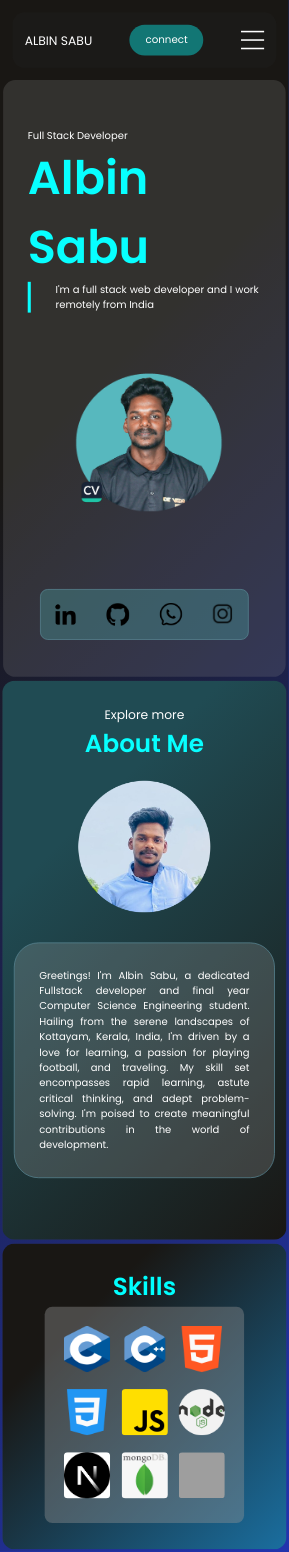
Repository: albinsabu2023/personalwebsite
Page: index.html
An editor plug-in stored every save of this project. The page is shown before and after the next save, followed by the edit.
The browser window is 375 px wide. The pictures show the whole page, at 77% of full size.
Pictures or frames that could not be fetched are drawn as grey boxes.

Above is the page before, as saved 2023-09-03 20:25:55.

### index.html
<!DOCTYPE html>
<html lang="en">
<head>
    <meta charset="UTF-8">
    <meta name="viewport" content="width=device-width, initial-scale=1.0">
    <title>Document</title>
    <link rel="stylesheet" href="style.css">
    <link rel="stylesheet" href="media.css">
</head>
<body>
    <nav id="hero">
        <h3 class="title">Albin Sabu</h3>
        <ul>
            <li class><a href="#home">Home</a></li>
            <li><a href="#about">About Me</a></li>
            <li><a href="#skill">Skills</a></li>
            <li><a href="#project">Projects</a></li>
            <li><a href="#contact">Contact</a> </li>
        </ul>

        <button class="btn-connect">connect</button>
    </nav>
    <nav id="hamburger-nav">
        <div clas="logo"> ALBIN SABU</div>

        <button class="btn-connect">connect</button>
        <div class="hamburger-menu">
            <div class="hamburger-icon" onclick="toggleMenu()">
                <span></span>
                <span></span>
                <span></span>
            </div>

            <div class="menu-links">
                <li class><a href="#home" onclick="toggleMenu()">Home</a></li>
                <li><a href="#about" onclick="toggleMenu()">About Me</a></li>
                <li><a href="#skill">Skills</a></li>
                <li><a href="#project" onclick="toggleMenu()">Projects</a></li>
                <li><a href="#contact" onclick="toggleMenu()">Contact</a> </li>
            </div>

        </div>




    </nav>
    <div class="portfolio__body">
        <div id="home">

            <div class="profile__text">

                <p>Full Stack Developer</p>
                <h1>Albin Sabu</h1>
                <div class="profile__detail">
                    <span class="line"> </span>
                    <p class="profile__detail__p2">I'm a full stack web developer and I work remotely from India</p>

                </div>

            </div>
            <div class="profile__img">
                <img src="./assets/albin.png" class="profile" alt="profile">
                <div class="cv__btn" onclick="window.open('./assets/ALBIN SABU.pdf')">
                    <p>download</p>
                    <img src="./assets/cv.png" alt="cv" class="cv">
                </div>
            </div>

            <div class="profile__links">
                <img src="./assets/linkedin.png" alt="">
                <img src="./assets/github.png" alt="">
                <img src="./assets/whatsapp.png" alt="">
                <img src="./assets/insta.png" alt="">
            </div>
        </div>
        <div id="about">
            <div class="about__header">
                <p>Explore more</p>
                <h1 class="title">About Me</h1>
            </div>
            <div class="about__container">
                <div class="about__img">
                    <img src="./assets/about-pic.png" alt="">
                </div>
                <div class="about__details">
                    <p>Greetings! I'm Albin Sabu, a dedicated Fullstack developer and final year Computer Science Engineering
                        student. Hailing
                        from the serene landscapes of Kottayam, Kerala, India, I'm driven by a love for learning, a passion for
                        playing
                        football, and traveling. My skill set encompasses rapid learning, astute critical thinking, and adept
                        problem-solving.
                        I'm poised to create meaningful contributions in the world of development.</p>
                </div>
            </div>


        </div>
        <div id="skill">
            <h1 class="title">Skills</h1>
            <div class="skill__container">
                <div class="skill__img">
                    <div>
                        <img src="./assets/c.png" alt="skill" class="grid_1">
                        <img src="./assets/cpp.png" alt="skill" class="grid_2">
                        <img src="./assets/html.png" alt="skill" class="grid_3">
                    </div>
                   <div>
                        <img src="./assets/css-3.png" alt="skill" class="grid_4">
                        <img src="./assets/js.png" alt="skill" class="grid_5">
                        <img src="./assets/nodejs.png" alt="skill" class="grid_6">
                   </div>
                    <div>
                        <img src="./assets/next.png" alt="skill" class="grid_7">
                        <img src="./assets/mongodb.png" alt="skill" class="grid_8">
                        <img src="./assets/React.png" alt="skill" class="grid_9">
                    </div>


                </div>

            </div>

        </div>
    </div>

    <script src="index.js"></script>
</body>
</html>

### style.css
@import url('https://fonts.googleapis.com/css2?family=Poppins:ital,wght@0,300;0,400;0,500;0,600;1,300;1,500;1,600&display=swap');
*{
    margin:0;
    font-family: 'Poppins', sans-serif;

}
body{

    color: white;
    margin-top: 1rem;

    background-color: #2234ae;

    background-image: linear-gradient(315deg, #2234ae 0%, #191714 74%);

}
nav{
    position: sticky;
    z-index: 0;
    display: flex;
    padding: 1rem;
    margin: 1rem;
    background-color: rgba(34, 34, 34, 0.3);
    border-radius: 1rem;
    justify-content: space-between;

}

nav ul{
    list-style-type: none;
    display: flex;
    gap: 2rem;
    justify-content: space-between;



}


nav ul li{
    padding: 5px;
    border-radius: 1rem;
    text-align: center;
    width: 8rem;



}
nav ul li a{
    text-decoration: none;
    color: white;
}
nav ul li a:hover{
    color: rgb(7, 255, 255);
}

.btn-connect{
    background: rgb(7, 255, 255,0.4);
    border: none;
    color: white;
    padding: 10px;
    border-radius: 3rem;
    width: 6rem;

}
.btn-connect:hover{
    background: rgb(7, 255, 255, 0.6);
}

#home{

    padding: 2rem;
    /* border: #56828f 1px solid; */
    border-radius: 1rem;
    display: flex;
    margin: 3px;
    background: rgba(128, 128, 128, 0.24);
}

.line{
    border: rgb(7, 255, 255) 2px solid;

}
.profile__text{
    width: 50vw;
    object-fit: contain;
    text-align: justify;
    margin-top: 30px;
}
.profile__text p{
    font-size:30px ;
}
.profile__text h1{
    color: rgb(7, 255, 255);
    font-size:80px ;

}
.profile__detail{
    display: flex;
    flex-direction: col;
    gap: 2rem;

}
.profile__detail p{
    font-size: 30px;
}
.profile__img{
    width: 50%;
    align-items: center ;
    padding: 10px;
}
.profile__img img{
    height: 300px;
    width: 300px;
    position: relative;
}

.profile__links{

    align-items: center;
    justify-content: space-between;
    padding: 1rem;
    border-radius: 10px;
    display: flex;
    flex-direction: column;
    border: #56828f 1px solid;
    background:rgba(74, 153, 153, 0.4);

}

.cv__btn{
    display: flex;
}
.profile__img .cv__btn{
    background: rgb(7, 255, 255, 0.4);
        border: none;
        color: white;
        padding: 10px;
        border-radius: 3rem;
        width: 6rem;

}
.profile__img .cv__btn:hover{
    background: rgba(75, 243, 243, 0.7);
}
.profile__img .cv__btn img{
    width: 30px;
    height: 30px;
}
.profile__links img{
    height: 30px;
    width: 30px;
    display: flex;
    border-radius: 10px;
    padding: 1px;


}
#hamburger-nav {
    display: none;
    align-items: center;
}

.hamburger-menu {
    position: relative;
    display: inline-block;
}

.hamburger-icon {
    display: flex;
    flex-direction: column;
    justify-content: space-between;
    height: 24px;
    width: 30px;
    cursor: pointer;
}

.hamburger-icon span {
    width: 100%;
    height: 2px;
    background-color: rgb(255, 255, 255);
    transition: all 0.3 ease-in-out;
}

.menu-links {
    position: absolute;
    top: 100%;
    right: 0%;
    width: fit-content;
    max-height: 0;
    overflow: hidden;
    transition: all 0.3 ease-in-out;
}

.menu-links {
    display: block;
    margin-top: 9px;
    width: 8rem;
    text-align: center;
    font-size: 1.5rem;
    color: rgb(248, 243, 243);
    text-decoration: none;
    transform: all 0.3 ease-in-out;
    background: rgba(172, 172, 172, 0.24);
    border-radius: 1rem;
}

.menu-links li  {
    list-style-type: none;

}



.menu-links li a{
    text-decoration: none;
    color: white;

}

.menu-links.open {
    max-height: 300px;
}

.hamburger-icon.open span:first-child {
    transform: rotate(45deg) translate(10px, 5px);
}

.hamburger-icon.open span:nth-child(2) {
    opacity: 0;
}

.hamburger-icon.open span:last-child {
    transform: rotate(-45deg) translate(10px, -5px);
}

.hamburger-icon span:first-child {
    transform: none;
}

.hamburger-icon span:first-child {
    opacity: 1;
}

.hamburger-icon span:first-child {
    transform: none;
}


#about{
    margin: 3px;
    margin-top: 5px;
    padding: 2rem;
    /* border: #56828f 1px solid; */
    border-radius: 1rem;
    display: flex;
    flex-direction: column;
    background: rgba(128, 128, 128, 0.24);
    background-image: linear-gradient(315deg,  #191714 0%,#204b53 74%);
    background-repeat:none ;
    background-size: cover;
}
.about__header{
    display: flex;
    flex-direction: column;
    align-items: center;
    justify-content: center;
}
.about__header h1{
    color: rgb(7, 255, 255);
}
.about__container{
    padding: 1rem;
    display: flex;
    align-items: center;
   justify-content: center;

}
.about__container img {
        width: 300px;
        height: 280px;
        border-radius: 1rem;
        margin: 0;

}


.about__details{
    text-align: justify;
     padding:2rem ;
    max-width: 400px;
    background: rgba(172, 172, 172, 0.24);
    border-radius:2rem ;
    border: #56828f 1px solid;
    margin: 2rem;
}
 .about__container img {

     border-radius: 1rem;

 }
 #skill{
    margin: 3px;
    margin-top: 5px;
    padding: 2rem;
        /* border: #56828f 1px solid; */
    border-radius: 1rem;
    display: flex;
    flex-direction: column;
    background: rgba(128, 128, 128, 0.24);
    background-image: linear-gradient(315deg,#1a6e9f  0%, #191714 74%);
    background-repeat: none;
    background-size: cover;
    align-items: center;
 }
 .skill__container{
    display: flex;
    flex-wrap: wrap;

 }
 #skill h1{
    color: aqua;

 }
 .skill__img img{
    width: 110px;
    height: 110px;
    margin: 5px;
    border-radius: 5px;

 }
  .skill__img{
    background: rgb(148, 148, 148,0.4);
    padding: 20px;
    border-radius: 10px;

    display: inline-grid;
    column-gap: 5px;
    row-gap: 5px;
    grid-column: 4;
    grid-row: 4;



  }

### media.css
@media  screen and (max-width:600px) {
    body{
        background-size:cover;
    }

    #hero{
        display: none;
    }
    nav ul{
        flex-direction: column;
        display: none;


    }
    #home{
        margin: 4px;
        flex-direction: column;
        justify-content: center;


    }

    #hamburger-nav {
         display: flex;

    }

    .profile__text{
        width:80vw;
    }
    .profile__text p{
        font-size: small;
    }
    .profile__text h1{
        font-size: 60px;
    }

    .profile__img .cv__btn img{
    width: 30px;
    height: 30px;

    top: 36rem;
    }
    .profile__img .cv__btn:hover {
        background: none;
    }

    .profile__img img{
        padding: 3rem;
       width: 200px;
       height: 200px;
    }
    .profile__links{
        display: flex;
        flex-direction: row;
    }

        .profile__img .cv__btn p {
            display: none;

        }
        .profile__img .cv__btn{
            background: none;
        }
        .about__container{
            flex-direction: column;

        }
        .about__container img{
            width: 200px;
            height: 180px;
            border-radius: 1rem;
            margin: 0;
        }

        .about__details{
            width: 100%;
        }

        .about__details p {
            font-size: small;

        }
    .skill__img img {
        width: 60px;
        height: 60px;
    }

    .skill__container{
        padding: 2px;

    }

}

@media screen and (max-width:1200px){
    #home {
            margin: 4px;
            flex-direction: column;

        }
        .profile__links {
            display: flex;
            flex-direction: row;
        }

}
@media screen and (max-width:400px) {
    #home {
        margin: 4px;
        flex-direction: column;

    }

    .profile__links {
        display: flex;
        flex-direction: row;
        margin: 1rem;
    }
        .profile__img img {
            align-items: center;
        }
    .profile__img .cv__btn img {
        width: 30px;
        height: 30px;
        position: absolute;
        top: 36rem;
    }
    .profile__img .cv__btn p{
        display: none;
    }

}

Loaded but not shown: index.js (common file)

After the next save:
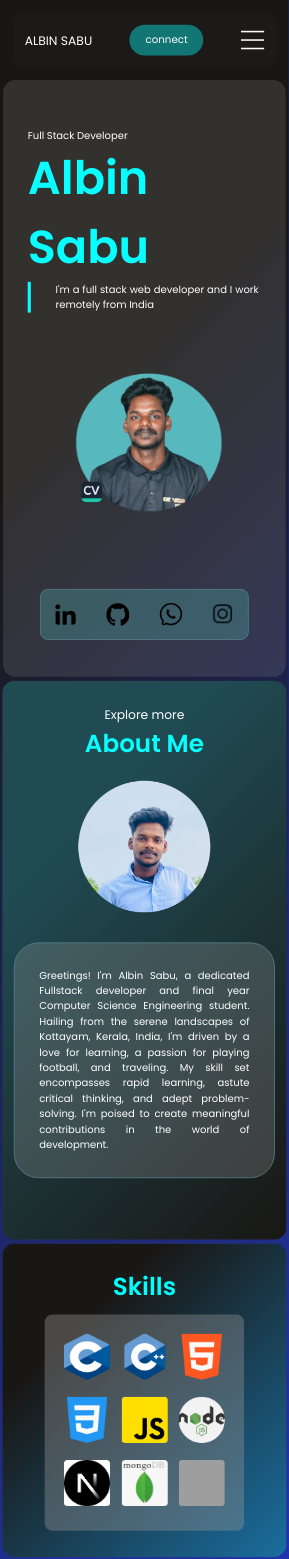
Saved 7 min 10 s later.
--- a/media.css
+++ b/media.css
@@ -85,6 +85,9 @@
         width: 60px;
         height: 60px;
     }
+    #skill  h1{
+        margin-bottom: 10px;
+    }
 
     .skill__container{
         padding: 2px;
